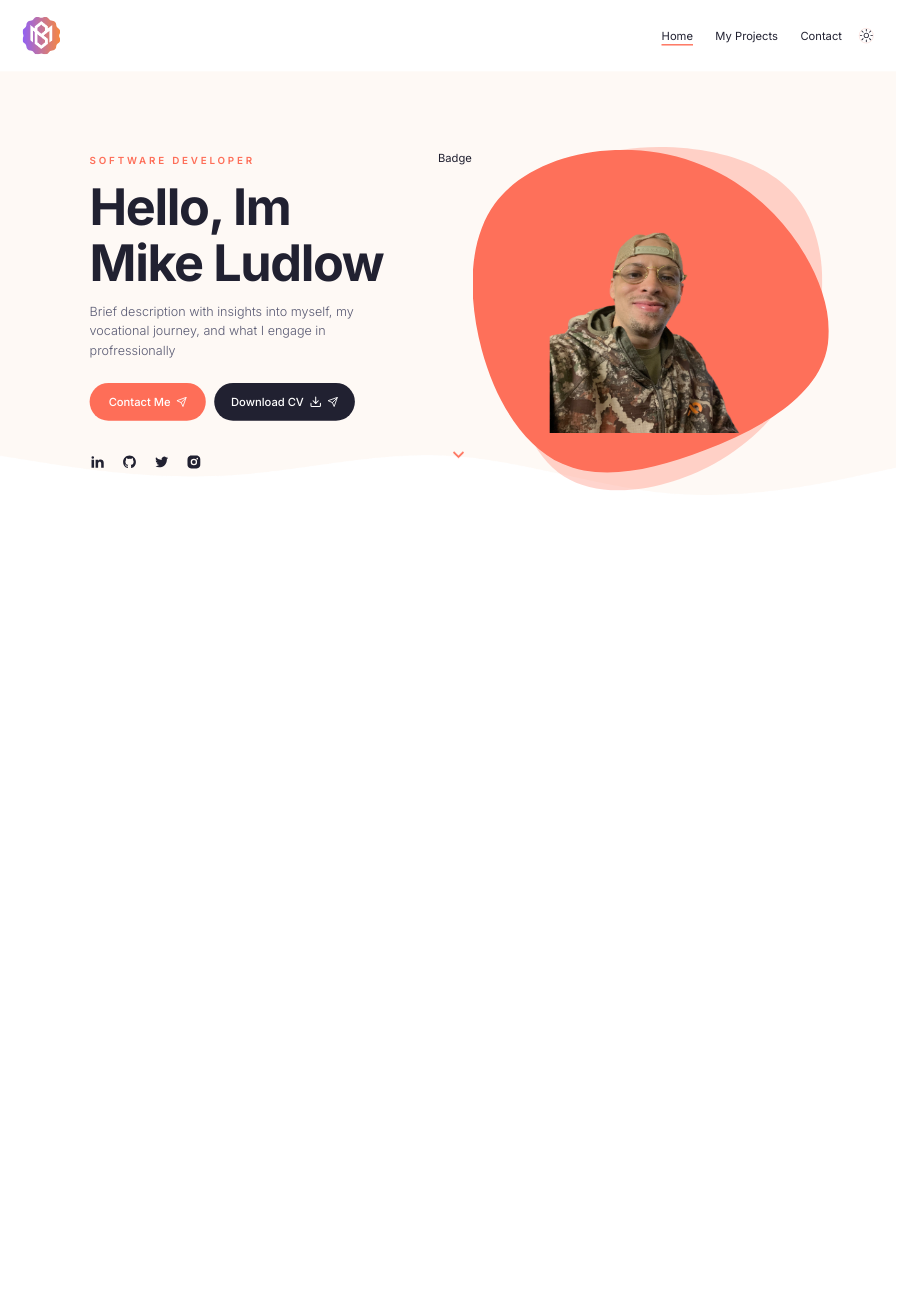
Repository: MikeeBuilds/mike-port
Page: /
These files come from the project's save history. The page is drawn as it stood at one moment and after a run of saves; the edit follows.
The browser window is 1280 px wide. The page is 1280 px wide, then 1313 px, so the pictures cover 1313 px, including what lies to the right of the window. The pictures show the part of the page from y = 0 to 1880 px (the page is 4731 px tall), at 70% of full size.
The project was rebuilt for these pictures with package versions that can differ from the ones it lists, and the page was loaded fresh each time. The framework's server and built-in components were replaced by stand-ins that run in the browser. Also part of the build but not shown: next.config.js.

Above is the page before, as saved 2023-11-30 11:54:33.

### app/layout.jsx
import { Inter } from 'next/font/google'
import './globals.css'
import Header from '@/components/Header'
import Footer from '@/components/Footer'
import { ThemeProvider } from '@/components/ThemeProvider'

const inter = Inter({ subsets: ['latin'] })

export const metadata = {
  title: 'Mike Ludlow | Dev',
  description: 'Generated by create next app',
}

export default function RootLayout({ children }) {
  return (
    <html lang="en" suppressHydrationWarning>
      <body className={inter.className}
      >
        <ThemeProvider attribute="class" defaultTheme="light">
          <Header />
            {children}
          <Footer />
        </ThemeProvider>
      </body>
    </html>
  )
}

### app/template.js
"use client";

import { motion } from "framer-motion";
// hooks
import useScrollProgress from "@/hooks/useScrollProgress";

//variants
const variants = {
  hidden: { opacity: 0 },
  enter: { opacity: 1 },
};

const Template = ({ children }) => {
  const completion = useScrollProgress();
  return (
    <>
      <motion.main
        variants={variants}
        initial="hidden"
        animate="enter"
        transition={{ type: "linear", delay: 0.2, duration: 0.4 }}
      >
        {children}
      </motion.main>
      {/* completion bar */}
      <span
        style={{ transform: `translateY(${completion - 100}%)` }}
        className="fixed z-50 bg-primary w-1 top-0 right-0
      bottom-0 transition-all duration-700"
      ></span>
      <div className="h-[4000px]"></div>
    </>
  );
};

export default Template;

### app/page.jsx
import Hero from '@/components/Hero'
import { main } from 'json'
import Image from 'next/image'

export default function Home() {
  return (
    <main>
      <Hero/>
    </main>
  )
}

### app/globals.css
@tailwind base;
@tailwind components;
@tailwind utilities;

@layer base {
  @layer base {
    :root {
      --background: 0 0% 100%;
      --foreground: 240 19% 16%;
      --card: 0 0% 100%;
      --card-foreground: 240 19% 16%;
      --popover: 0 0% 100%;
      --popover-foreground: 20 14.3% 4.1%;
      --primary: 8 99% 67%;
      --primary-foreground: 300 0% 100%;
      --secondary: 240 19% 16%;
      --secondary-foreground: 300 0% 100%;
      --tertiary: 27 82% 98%;
      --muted: 60 4.8% 95.9%;
      --muted-foreground: 237 13% 40%;
      --accent: 237 9% 96%;
      --accent-foreground: 24 9.8% 10%;
      --destructive: 0 84.2% 60.2%;
      --destructive-foreground: 60 9.1% 97.8%;
      --border: 8 82% 92%;
      --input: 8 82% 92%;
      --ring: 9 99% 67%;
      --radius: 1rem;
    }

    .dark {
      --background: 237 22% 20%;
      --foreground: 60 9.1% 97.8%;
      --card: 240 19% 16%;
      --card-foreground: 300 0% 100%;
      --popover: 20 14.3% 4.1%;
      --popover-foreground: 60 9.1% 97.8%;
      --primary: 8 99% 67%;
      --primary-foreground: 300 0% 100%;
      --secondary: 240 19% 16%;
      --secondary-foreground:300 0% 100%;
      --tertiary: 237 22% 20%;
      --muted: 12 6.5% 15.1%;
      --muted-foreground: 237 13% 63%;
      --accent: 240 19% 16%;
      --accent-foreground: 300 0% 100%;
      --destructive: 0 72.2% 50.6%;
      --destructive-foreground: 60 9.1% 97.8%;
      --border: 237 22% 23%;
      --input: 237 22% 23%;
      --ring: 8 99% 67%;
    }
  }
}

@layer base {
  * {
    @apply border-border;
  }
  body {
    @apply bg-background text-foreground;
  }
}

.h1 {
  @apply text-6xl xl:text-[72px] xl:leading-[80px] tracking-[-2px] font-bold;
}

.subtitle {
  @apply text-muted-foreground text-lg mb-8 font-light;
}

### components/Header.jsx
"use client";
import React, { useState, useEffect } from "react";

// components
import Logo from "./Logo";
import ThemeToggler from "./ThemeToggler";
import Nav from "./Nav";
import MobileNav from "./MobileNav";
import { usePathname } from "next/navigation";

const Header = () => {
  const [header, setHeader] = useState(false);
  const pathname = usePathname();

  useEffect(() => {
    const scrollYpos = window.addEventListener("scroll", () => {
      window.scrollY > 50 ? setHeader(true) : setHeader(false);
    });

    // remove event
    return () => window.removeEventListener("scroll", scrollYpos);
  });

  return (
    <header
      className={`${
        header
          ? "py-4 bg-white shadow-lg dark:bg-accent"
          : "py-6 dark:bg-transparent"
      } sticky top-0 z-30 transition-all ${pathname === '/' && 'bg-white'}`}
    >
      <div className="container mx-auto">
        <div className="flex justify-between items-center">
          <Logo />
          <div className="flex items-center gap-x-6">
            {/* nav */}
            <Nav
              containerStyles="hidden xl:flex gap-x-8 items-center"
              linkStyles="relative hover:text-primary transition-all"
              underlineStyles="absolute left-0 top-full h-[2px] bg-primary w-full"
            />
            <ThemeToggler />
            {/* mobile nav */}
            <div className="lg:hidden">
              <MobileNav />
            </div>
          </div>
        </div>
      </div>
    </header>
  );
};

export default Header;

### components/Footer.jsx

const Footer = () => {
  return (
    <footer>Footer</footer>
  )
}

export default Footer

### components/ThemeProvider.jsx
"use client"


import {
    ThemeProvider as NextThemesProvider
} from "next-themes";



export function ThemeProvider({ children, ...props}) {
    return <NextThemesProvider {...props}>{children}</NextThemesProvider>
}

### hooks/useScrollProgress.js
import React, { useState, useEffect} from 'react'

const useScrollProgress = () => {
    const [completion, setCompletion] = useState(0);

    useEffect(() => {
        const updateScrollCompletion = () => {
            const currentProgress = window.scrollY;
            const scrollHeight = document.body.scrollHeight - window.innerHeight;

            if (scrollHeight) {
                setCompletion(Number(currentProgress / scrollHeight).toFixed(2) * 100);
            }
        };
            // event
        window.addEventListener('scroll', updateScrollCompletion);
            //clear event
            return () => window.removeEventListener('scroll', updateScrollCompletion);
    }, []);


    return completion;
};

export default useScrollProgress

### components/Hero.jsx
import Link from "next/link";
import { Download, Send } from "lucide-react";
import { Button } from "./ui/button";

import {
  RiBriefcase4Fill,
  RiTeamFill,
  RiTodoFill,
  RiArrowDownSLine,
} from "react-icons/ri";

//components
import DevImg from "./DevImg";
import Badge from "./Badge";
import Socials from "./Socials";

const Hero = () => {
  return (
    <section className="py-12 xl:py-24 h-[84vh] xl:pt-28 bg-hero bg-no-repeat bg-bottom bg-cover dark:bg-none">
      <div className="flex justify-between gap-x-8">
        {/* text */}
        <div className="flex max-w-[600px] flex-col justify-center mx-auto xl:mx-32 text-center xl:text-left">
          <div className="text-sm uppercase font-semibold mb-4 text-primary tracking-[4px]">
            Software Developer
          </div>
          <h1 className="h1 mb-4">Hello, Im Mike Ludlow</h1>
          <p className="subtitle max-w-[490px] mx-auto xl:mx-0">
            Brief description with insights into myself, my vocational journey,
            and what I engage in profressionally
          </p>
          {/* buttons */}
          <div
            className="flex flex-col gap-y-3 md:flex-row gap-x-3 mx-auto
          xl:mx-0 mb-12"
          >
            <Link href="/contact">
              <Button className="gap-x-2">
                Contact Me <Send size={15} />
              </Button>
            </Link>
            <Button variant="secondary" className="gap-x-2">
              Download CV <Download size={18} /> <Send size={15} />
            </Button>
          </div>
          {/* socials */}
          <Socials
            containerStyles="flex gap-x-6 mx-auto xl:mx-0"
            iconStyles="text-foreground text-[22px] hover:text-primary transition-all"
          />
        </div>
        {/* image */}
        <div className="hidden xl:flex relative right-24">
          <Badge/>
          <div className="bg-hero_shape2_light dark:bg-hero_shape2_dark w-[500px] h-[500px] bg-no-repeat absolute -top-1 -right-8"></div>
          <DevImg containerStyles="bg-hero_shape w-[510px] h-[462px] bg-no-repeat relative bg-bottom" imgSrc='/hero/developer.png'/>
        </div>
        {/* icon */}
        <div className="hidden md:flex absolute left-2/4 bottom-44 xl:bottom-12 animate-bounce">
          <RiArrowDownSLine className="text-3xl text-primary" />
        </div>
      </div>
    </section>
  );
};

export default Hero;

### components/Logo.jsx
import Link from "next/link";
import Image from "next/image";


const Logo = () => {
  return (
    <Link href="/">
        <Image src='/logo.svg' width={54} height={54} priority alt="logo"/>
    </Link>
  )
}

export default Logo

### components/ThemeToggler.jsx
"use client";

import { Button } from "./ui/button";
import { MoonIcon, SunIcon } from "@radix-ui/react-icons";
import { useTheme } from "next-themes";

const ThemeToggler = () => {
  const { theme, setTheme } = useTheme();
  return (
    <Button variant='outline' size="outline" onClick={() => setTheme(theme === 'dark' ? 'light' : 'dark')}>
      <SunIcon
        className="h-[1.2rem] w-[1.2rem] rotate-0 scale-100 transition-all
      dark:rotate-90 dark:scale-0"
      />
      <MoonIcon
        className="absolute h-[1.2rem] w-[1.2rem] rotate-90 scale-0 transition-all
       dark:rotate-0 dark:scale-100"
      />
    </Button>
  );
};

export default ThemeToggler;

### components/Nav.jsx
import Link from "next/link";

//next hooks
import { usePathname } from "next/navigation";

//framer motion
import { motion } from "framer-motion";

const links = [
  { path: "/", name: "home" },
  { path: "/projects", name: "my projects" },
  { path: "/contact", name: "contact" },
];

const Nav = ({ containerStyles, linkStyles, underlineStyles }) => {
  const path = usePathname();
  return (
    <nav className={`${containerStyles}`}>
      {links.map((link, index) => {
        return (
          <Link
            href={link.path}
            key={index}
            className={`capitalize ${linkStyles}`}
          >
            {link.path === path && (
              <motion.span
                initial={{ y: "-100%" }}
                animate={{ y: 0 }}
                transition={{ type: "tween" }}
                layoutId="underline"
                className={`${underlineStyles}`}
              />
            )}
            {link.name}
          </Link>
        );
      })}
    </nav>
  );
};

export default Nav;

### components/MobileNav.jsx

const MobileNav = () => {
  return (
    <div>MobileNav</div>
  )
}

export default MobileNav

### components/ui/button.jsx
import * as React from "react"
import { Slot } from "@radix-ui/react-slot"
import { cva } from "class-variance-authority";

import { cn } from "@/lib/utils"

const buttonVariants = cva(
  "inline-flex items-center justify-center whitespace-nowrap rounded-full text-base font-medium ring-offset-background transition-colors focus-visible:outline-none focus-visible:ring-2 focus-visible:ring-ring focus-visible:ring-offset-2 disabled:pointer-events-none disabled:opacity-50",
  {
    variants: {
      variant: {
        default: "bg-primary text-primary-foreground hover:bg-primary/90",
        destructive:
          "bg-destructive text-destructive-foreground hover:bg-destructive/90",
        outline:
          "border border-input bg-background hover:bg-accent hover:text-accent-foreground",
        secondary:
          "bg-secondary text-secondary-foreground hover:bg-secondary/80",
        ghost: "hover:bg-accent hover:text-accent-foreground",
        link: "text-primary underline-offset-4 hover:underline",
      },
      size: {
        default: "h-[54px] px-6 py-2 min-w-[166px]",
        sm: "h-9 rounded-md px-3",
        lg: "h-11 rounded-md px-8",
        icon: "h-10 w-10",
      },
    },
    defaultVariants: {
      variant: "default",
      size: "default",
    },
  }
)

const Button = React.forwardRef(({ className, variant, size, asChild = false, ...props }, ref) => {
  const Comp = asChild ? Slot : "button"
  return (
    (<Comp
      className={cn(buttonVariants({ variant, size, className }))}
      ref={ref}
      {...props} />)
  );
})
Button.displayName = "Button"

export { Button, buttonVariants }

### components/DevImg.jsx
import Image from "next/image";

const DevImg = ({ containerStyles, imgSrc }) => {
  return <div className={`${containerStyles}`}>
    <Image src={imgSrc} fill priority alt="" />
  </div>;
};

export default DevImg;

### components/Badge.jsx
"use client"
import CountUp from 'react-countup';

const Badge = ({
  containerstyles,
  icon,
  endCountNum,
  endCountText,
  badgeText
}) => {
  return <div className={`badge ${containerstyles}`}>Badge</div>;
};

export default Badge;

### components/Socials.jsx
'use client'

import {
  RiLinkedinFill,
  RiGithubFill,
  RiTwitterFill,
  RiInstagramFill
} from 'react-icons/ri';

import Link from 'next/link';

const icons = [
  {
    path: '/',
    name: <RiLinkedinFill />,
  },
  {
    path: '/',
    name: <RiGithubFill />,
  },{
    path: '/',
    name: <RiTwitterFill />,
  },{
    path: '/',
    name: <RiInstagramFill />,
  },
]


import React from "react";

const Socials = ({ containerStyles, iconStyles}) => {
  return <div className={`${containerStyles}`}>
    {icons.map((icon, index) => {
      return <Link href={icon.path} key={index}>
        <div className={`${iconStyles}`}>
          {icon.name}
        </div>
      </Link>
    })}
  </div>;
};

export default Socials;

### tailwind.config.js
/** @type {import('tailwindcss').Config} */
module.exports = {
  darkMode: ["class"],
  content: [
    './pages/**/*.{js,jsx}',
    './components/**/*.{js,jsx}',
    './app/**/*.{js,jsx}',
    './src/**/*.{js,jsx}',
	],
  theme: {
    container: {
      center: true,
      padding: "2rem",
      screens: {
        "2xl": "1400px",
      },
    },
    extend: {
      colors: {
        border: "hsl(var(--border))",
        input: "hsl(var(--input))",
        ring: "hsl(var(--ring))",
        background: "hsl(var(--background))",
        foreground: "hsl(var(--foreground))",
        primary: {
          DEFAULT: "hsl(var(--primary))",
          foreground: "hsl(var(--primary-foreground))",
        },
        secondary: {
          DEFAULT: "hsl(var(--secondary))",
          foreground: "hsl(var(--secondary-foreground))",
        },
        tertiary: {
          DEFAULT: "hsl(var(--tertiary))",
        },
        destructive: {
          DEFAULT: "hsl(var(--destructive))",
          foreground: "hsl(var(--destructive-foreground))",
        },
        muted: {
          DEFAULT: "hsl(var(--muted))",
          foreground: "hsl(var(--muted-foreground))",
        },
        accent: {
          DEFAULT: "hsl(var(--accent))",
          foreground: "hsl(var(--accent-foreground))",
        },
        popover: {
          DEFAULT: "hsl(var(--popover))",
          foreground: "hsl(var(--popover-foreground))",
        },
        card: {
          DEFAULT: "hsl(var(--card))",
          foreground: "hsl(var(--card-foreground))",
        },
      },
      borderRadius: {
        lg: "var(--radius)",
        md: "calc(var(--radius) - 2px)",
        sm: "calc(var(--radius) - 4px)",
      },
      keyframes: {
        "accordion-down": {
          from: { height: 0 },
          to: { height: "var(--radix-accordion-content-height)" },
        },
        "accordion-up": {
          from: { height: "var(--radix-accordion-content-height)" },
          to: { height: 0 },
        },
      },
      animation: {
        "accordion-down": "accordion-down 0.2s ease-out",
        "accordion-up": "accordion-up 0.2s ease-out",
      },
      backgroundImage: {
        hero: 'url(/hero-bg.png)',
        hero_shape: 'url(/hero/shape-1.svg)',
        hero_shape2_light: 'url(/hero/shape-2-light.svg)',
        hero_shape2_dark: 'url(/hero/shape-2-dark.svg)',

      }
    },
  },
  plugins: [require("tailwindcss-animate")],
}

Loaded but not shown: lib/utils.js (common file)

After the next 3 saves:
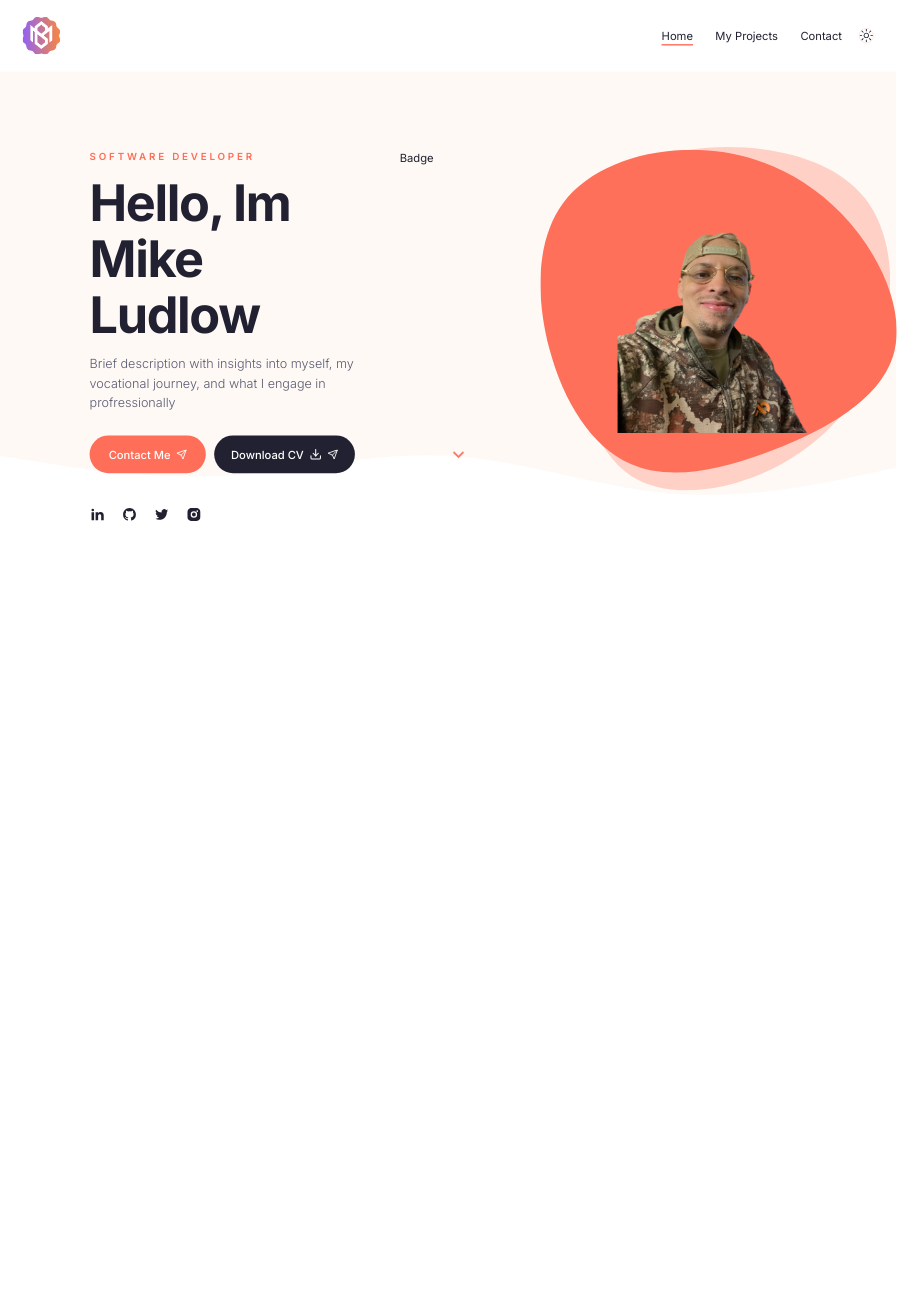
The 3 saves are shown as one change because they came seconds apart.
The last was saved 30 s later.
--- a/app/globals.css
+++ b/app/globals.css
@@ -69,3 +69,7 @@
 .subtitle {
   @apply text-muted-foreground text-lg mb-8 font-light;
 }
+
+.badge {
+  @apply z-10 w-[200px]
+}
